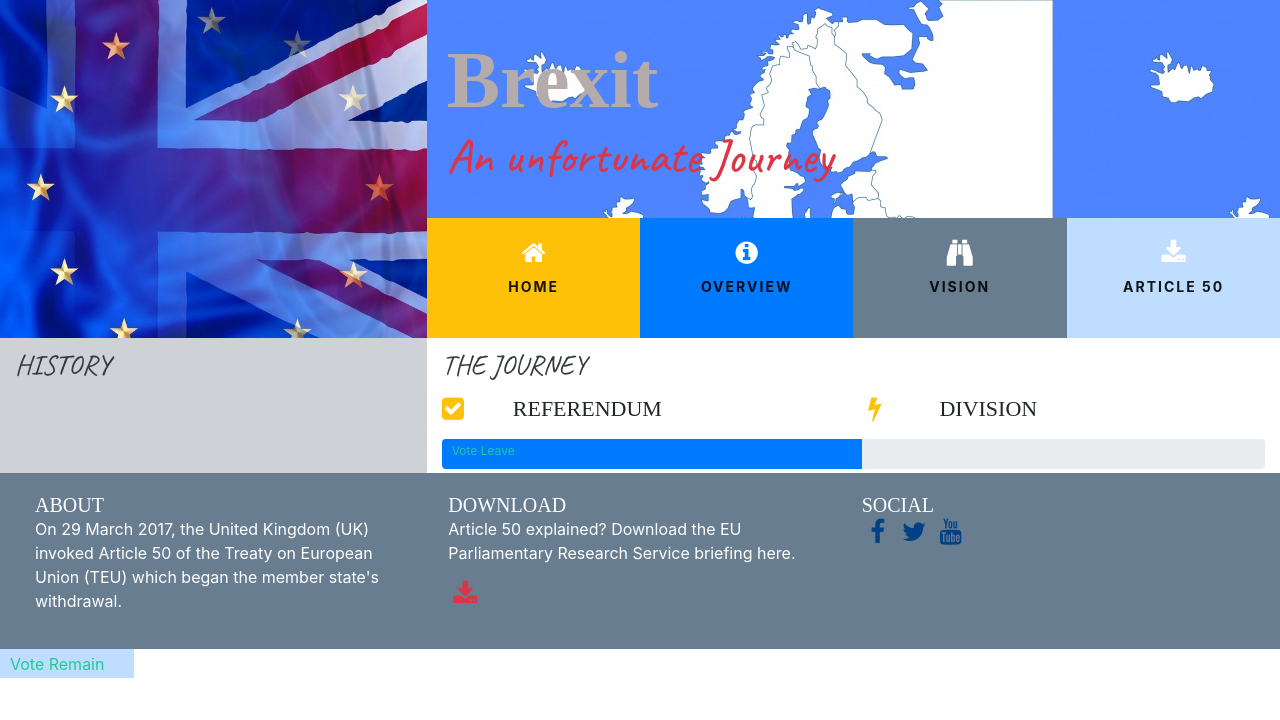
Repository: isiko1/Milestone_Project_One
Page: overview.html
The author's editor kept a record of every edit. The page is drawn from the files as they stood at one moment, then again after the next edit.
The browser window is 1280 px wide. The pictures show the whole page.
Some web fonts or font styles are not loaded; a fallback is used.

Above is the page before.

After the next edit:
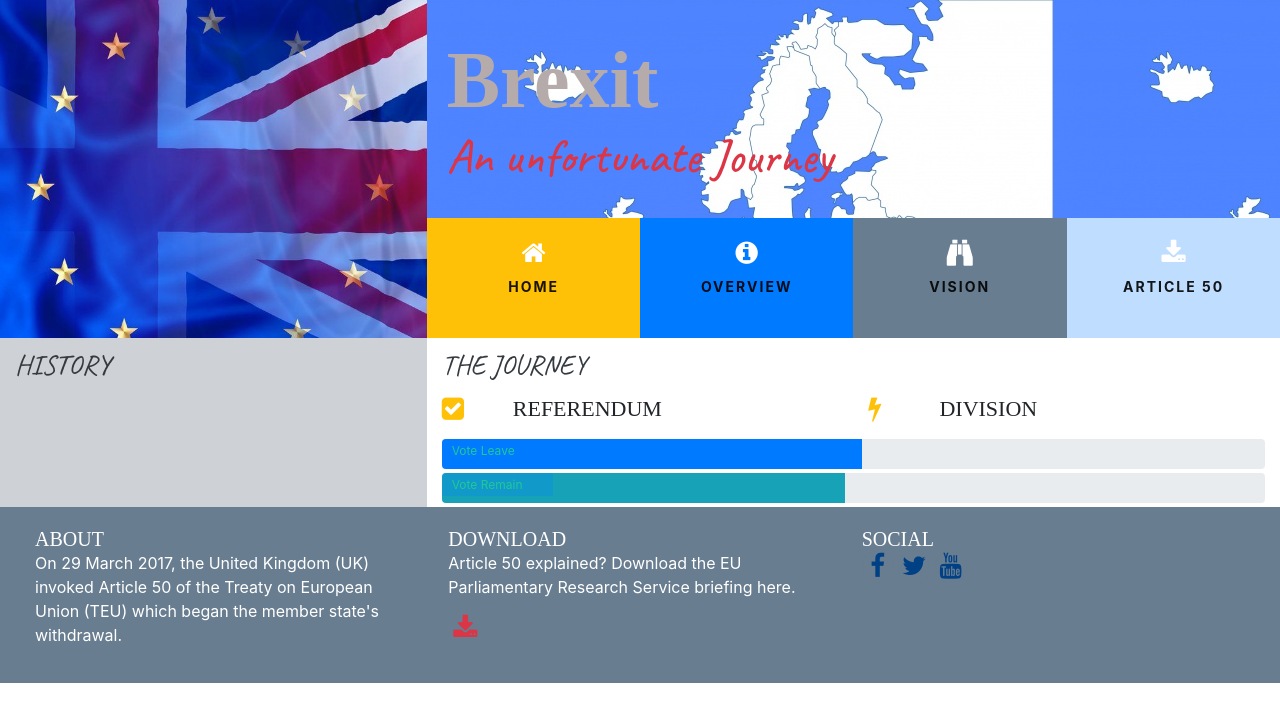
The edit:
--- a/overview.html
+++ b/overview.html
@@ -93,7 +93,13 @@
                             </div>
                             <span class="progress-type"> Vote Leave</span>
                         </div>
+                       <div class="progress">
+                            <div class="progress-bar bg-info" role="progressbar" aria-valuenow="49" aria-valuemin="0" aria-valuemax="100" style="width:49%;">
+                            <span class="sr-only">49% complete</span>
+                        </div>
+                        <span class="progress-type"> Vote Remain</span>
                     </div>
+                       </div>
                 </div>
             </div>
     </section>
@@ -140,14 +146,3 @@
 </body>
 
 </html>
-
-
-
-</div>
-
-                    </div>
-                    <div class="col">
-                        <div class="progress-bar bg-info" role="progressbar" aria-valuenow="49" aria-valuemin="0" aria-valuemax="100" style="width:49%;">
-                            <span class="sr-only">49% complete</span>
-                        </div>
-                        <span class="progress-type"> Vote Remain</span>
